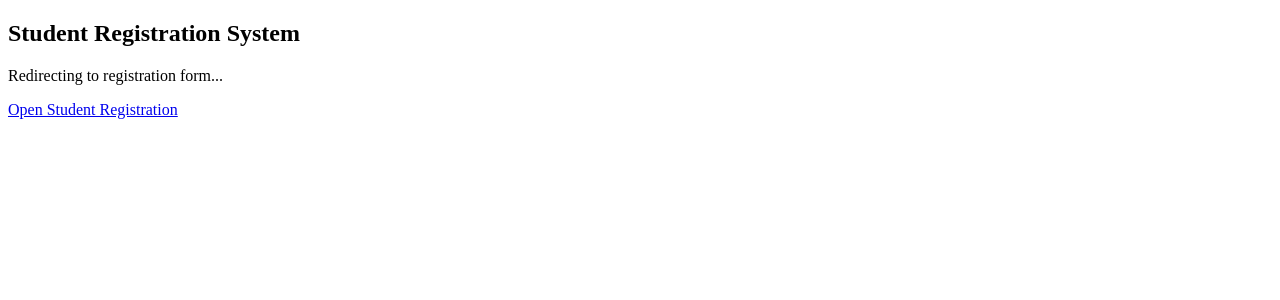
Repository: prakrutin8n1-ai/Marwadi_Workspace
Page: http://localhost/JDBC2/
An editor plug-in stored every save of this project. The page is shown before and after the next save, followed by the edit.
The browser window is 1280 px wide. The pictures show the whole page.
The page is served by Tomcat 10. Other server files are loaded and not shown.

Above is the page before, as saved 2026-10-13 11:29:04.

### marwadi_workspace/JDBC2/src/main/webapp/index.jsp

<%@ page language="java" contentType="text/html; charset=UTF-8"
    pageEncoding="UTF-8"%>

<!DOCTYPE html>
<html>
<head>
    <meta charset="UTF-8">
    <title>Student JDBC MVC</title>

    <meta http-equiv="refresh"
          content="0;url=${pageContext.request.contextPath}/">
</head>
<body>
    <h2>Student Registration System</h2>
    <p>Redirecting to registration form...</p>

    <a href="${pageContext.request.contextPath}/">
        Open Student Registration
    </a>
</body>
</html>

After the next save:
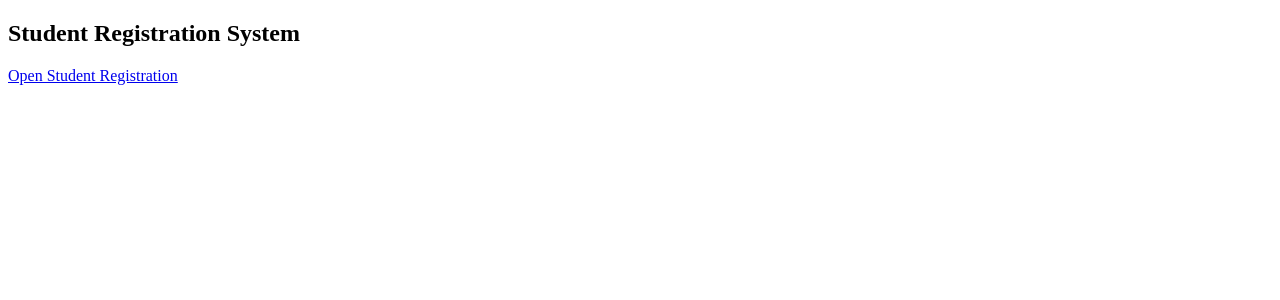
Saved 75 s later.
--- a/marwadi_workspace/JDBC2/src/main/webapp/index.jsp
+++ b/marwadi_workspace/JDBC2/src/main/webapp/index.jsp
@@ -7,16 +7,14 @@
 <head>
     <meta charset="UTF-8">
     <title>Student JDBC MVC</title>
-
-    <meta http-equiv="refresh"
-          content="0;url=${pageContext.request.contextPath}/">
 </head>
 <body>
+
     <h2>Student Registration System</h2>
-    <p>Redirecting to registration form...</p>
 
-    <a href="${pageContext.request.contextPath}/">
+    <a href="${pageContext.request.contextPath}/register">
         Open Student Registration
     </a>
+
 </body>
 </html>
